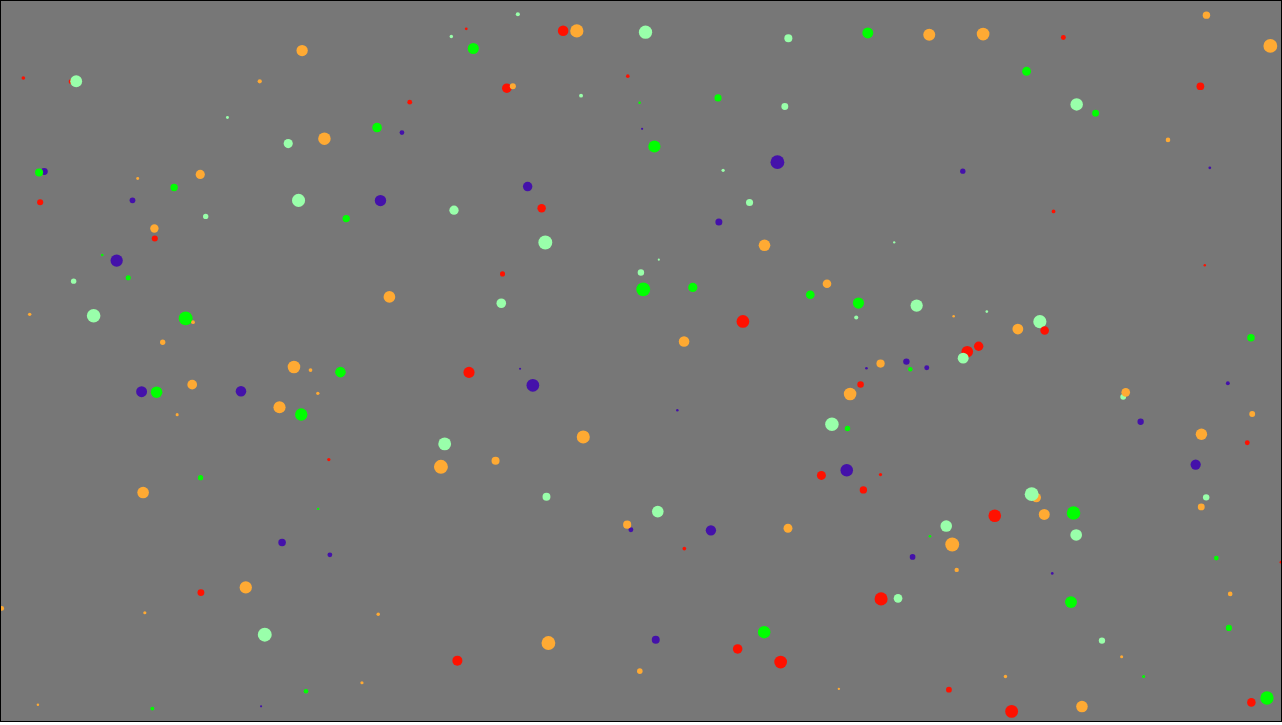
Repository: tenlekdan/particle-effect
Page: inidex.html
These files come from the project's save history. The page is drawn as it stood at one moment and after the next save; the edit follows.
The browser window is 1280 px wide. The page is 1282 px wide, so the pictures cover 1282 px, including what lies to the right of the window. The pictures show the whole page.

Above is the page before, as saved 2019-12-26 23:20:23.

### inidex.html
<!DOCTYPE html>
<html lang="en">

<head>
    <meta charset="UTF-8">
    <meta name="viewport" content="width=device-width, initial-scale=1.0">
    <meta http-equiv="X-UA-Compatible" content="ie=edge">
    <title>Document</title>
    <style type="text/css">
        *{
            margin: 0;
            padding: 0;
            box-sizing: inherit;
        }
        html{
            font-size: 60.2%;
        }

        body{
            font-size: 1rem;
            font-family: 'Courier New', Courier, monospace;
            box-sizing: border-box;
        }
        canvas {
            border: solid 1px;
            background-color: #777;
        }
    </style>
</head>

<body>
    <canvas></canvas>

    <script src="canvas.js"></script>

</body>

</html>

### canvas.js


(function () {
    var canvas = document.querySelector('canvas');

    canvas.width = window.innerWidth;
    canvas.height = window.innerHeight;

    var c = canvas.getContext('2d');
    // c.fillRect(x, y, width, height);
    // c.fillRect(100, 100, 50, 50);

    // // lines
    // c.beginPath();
    // c.moveTo(10, 170);
    // c.lineTo(100, 300);
    // c.stroke();

    let mouse = {
        x: undefined,
        y: undefined
    }

    window.addEventListener('mousemove', function (event) {
        mouse.x = event.x;
        mouse.y = event.y;
    })


    var maxRad = 50;
    var minRad = 3;
    var colorList = [
        "#ffaa33",
        "#99ffaa",
        "#00ff00",
        "#4411aa",
        "#ff1100"
    ];

    function Circle(x, y, dx, dy, radius) {
        this.x = x;
        this.y = y;
        this.dx = dx;
        this.dy = dy;
        this.radius = radius;
        this.minRad = radius;
        this.color = colorList[Math.floor(Math.random() * colorList.length)];
        this.draw = function () {
            //draw circle
            c.beginPath();
            c.arc(this.x, this.y, this.radius, 0, Math.PI * 2, false);
            // c.strokeStyle = 'blue';
            c.fillStyle = this.color;
            c.fill();
            // c.stroke();
        }

        this.update = function () {
            if (this.x + this.radius > innerWidth || this.x - this.radius <= 0) {
                this.dx = -this.dx;
            }
            if (this.y + this.radius > innerHeight || this.y - this.radius <= 0) {
                this.dy = -this.dy;
            }

            this.x += this.dx;
            this.y += this.dy;

            //interactivity
            if (mouse.x - this.x < 50 && mouse.x - this.x > -50 &&
                mouse.y - this.y < 50 && mouse.y - this.y > -50) {
                if (this.radius < maxRad)
                    this.radius += 1;
            }
            else if (this.radius > this.minRad) {
                this.radius -= 1;
            }


            this.draw();
        }
    }


    let circleList = [];

    for (let i = 0; i < 200; i++) {
        let radius = Math.random() * 6 + 1;
        let x = Math.random() * (innerWidth - radius * 2) + radius;
        let y = Math.random() * (innerHeight - radius * 2) + radius;
        let dx = (Math.random() - .5) * 8;
        let dy = (Math.random() - .5) * 8;

        circleList.push(new Circle(x, y, dx, dy, radius));
    }

    var circle = new Circle(300, 300, 5, 5, 30);

    var animate = () => {
        requestAnimationFrame(animate);
        c.clearRect(0, 0, innerWidth, innerHeight);
        for (let i = 0; i < circleList.length; i++) {
            circleList[i].update();
        }
    }

    animate();
})();

After the next save:
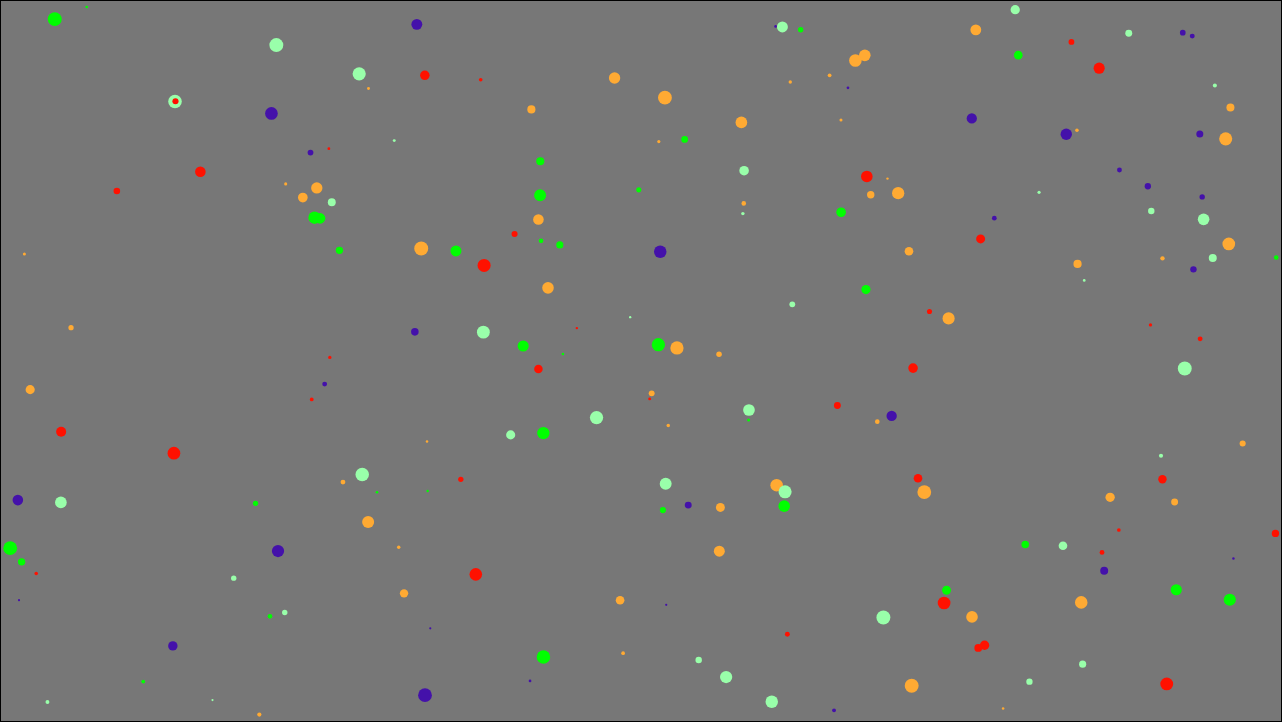
Saved 15 s later.
--- a/canvas.js
+++ b/canvas.js
@@ -88,8 +88,8 @@
         let radius = Math.random() * 6 + 1;
         let x = Math.random() * (innerWidth - radius * 2) + radius;
         let y = Math.random() * (innerHeight - radius * 2) + radius;
-        let dx = (Math.random() - .5) * 8;
-        let dy = (Math.random() - .5) * 8;
+        let dx = (Math.random() - .5) * 3;
+        let dy = (Math.random() - .5) * 3;
 
         circleList.push(new Circle(x, y, dx, dy, radius));
     }
